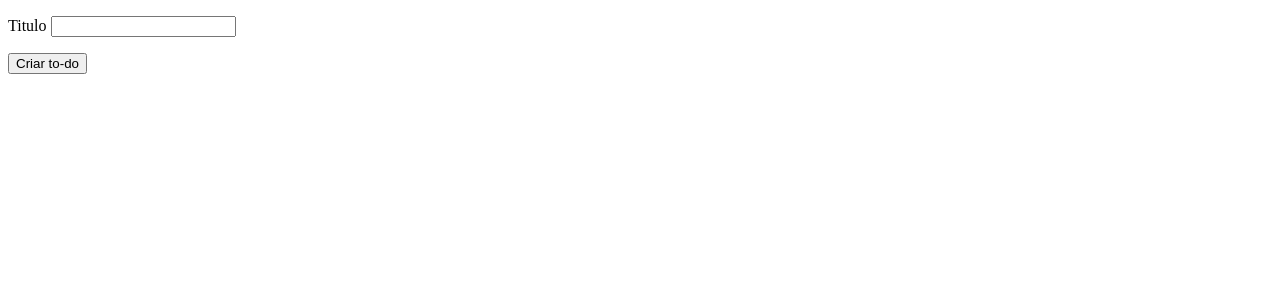
Repository: savinnsk/to-do
Page: http://localhost/todo
An editor plug-in stored every save of this project. The page is shown before and after the next save, followed by the edit.
The browser window is 1280 px wide. The pictures show the whole page.
The page is served by the project's Node server (server.js).

Above is the page before, as saved 2022-01-27 21:20:31.

### views/index.njk
<!DOCTYPE html>
<html lang="pt-BR">
<head>
    <meta charset="UTF-8">
    <meta http-equiv="X-UA-Compatible" content="IE=edge">
    <meta name="viewport" content="width=device-width, initial-scale=1.0">
    <title>To-do</title>

        <div class="createTodo">
            <p>
                Titulo <input type="text">
            </p>
            <button>Criar to-do</button>
        </div>


    <section>
</head>
<body>

</body>
</html>

### server.js
const nunjucks = require("nunjucks")
const express = require("express");
const app = express();

app.set("view engine" ,"njk" );

nunjucks.configure("./views",{
    express:app,
    autoescape:false,
    noCache:true
  })

app.get("/todo" , function(req , res){
    //mostrar todo's
    return res.render("index")
})

app.post("/todo/create" , function (req , res){
    //criar um todo
    return res.render("create")
})


app.listen(3333 , console.log("server ok"))

After the next save:
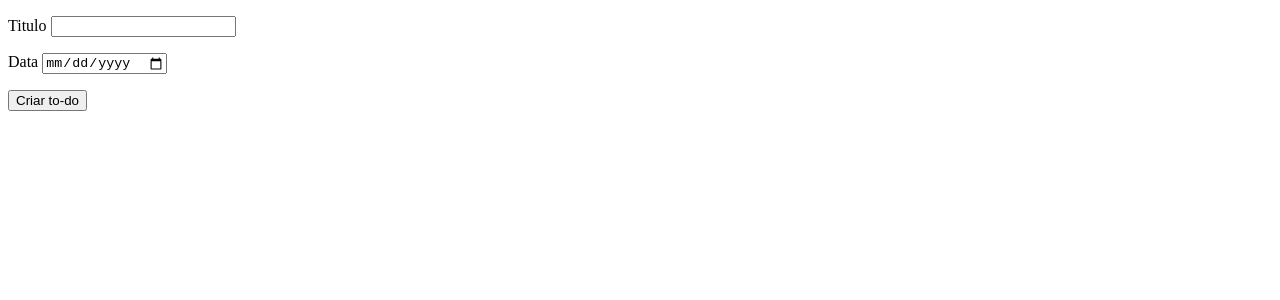
Saved 21 s later.
--- a/views/index.njk
+++ b/views/index.njk
@@ -10,6 +10,10 @@
             <p>
                 Titulo <input type="text">
             </p>
+
+            <p>
+               Data <input type="date" name="" id="">
+            </p>
             <button>Criar to-do</button>
         </div>
 
